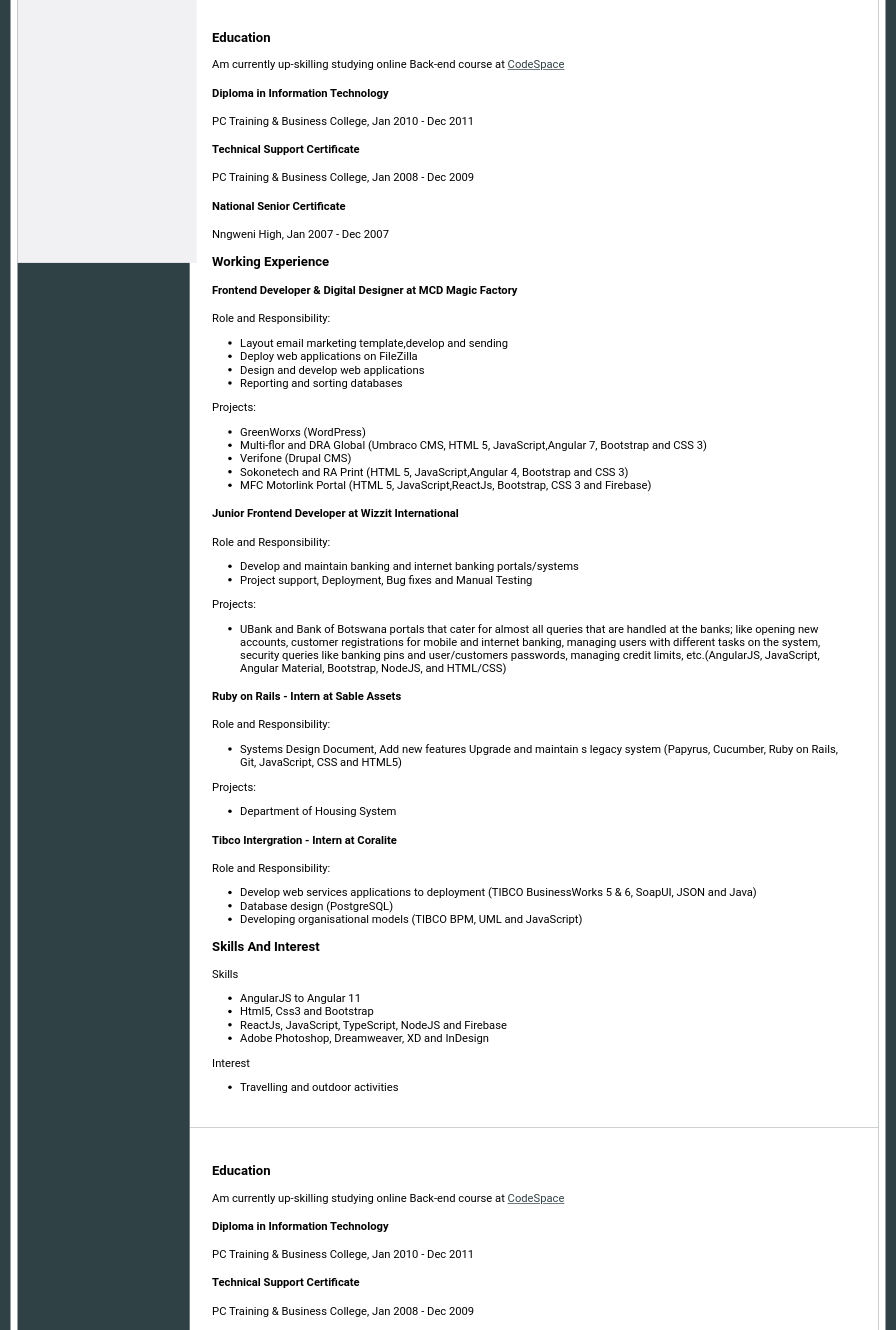
Repository: Patricious/Digital-Resume-01
Page: index.html
An editor plug-in stored every save of this project. The page is shown before and after the next save, followed by the edit.
The browser window is 1280 px wide. The pictures show the part of the page from y = 861 to 2761 px (the page is 4197 px tall before and 3877 px after), at 70% of full size.
A picture or video elsewhere on the page could not be fetched, so the positions and the page height are approximate.

Above is the page before, as saved 2021-08-23 11:01:15.

After the next save:
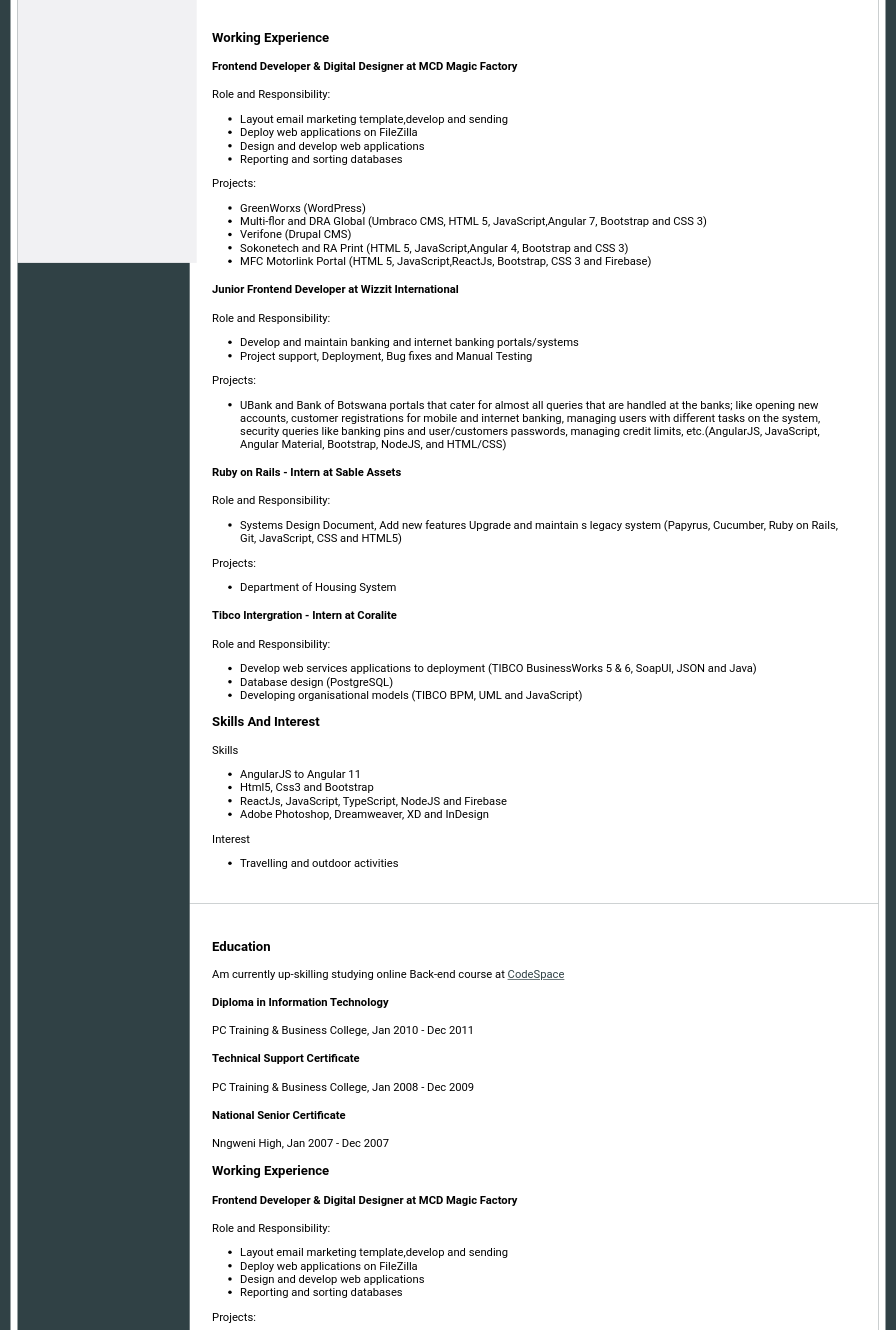
Saved 10 s later.
--- a/index.html
+++ b/index.html
@@ -54,24 +54,7 @@
     </section>
     <section>
         <article>
-            <h3 id="#education"> <span>Education</span>
-            </h3>
-            <p> Am currently up-skilling studying online Back-end course at
-                <a href="https://www.codespace.co.za/courses/?matchtype=b&device=c&keyword=codespace&adgroupid=81088003381&utm_campaign=8148639553&utm_source=google&utm_medium=cpc&gclid=EAIaIQobChMIkP_7q8bG8gIV1uvtCh0w7A1-EAAYASAAEgL34vD_BwE"> CodeSpace</a>
-            </p>
-
-            <h4>Diploma in Information Technology </h4>
-
-            <p>PC Training & Business College, Jan 2010 - Dec 2011</p>
-            <h4>Technical Support Certificate </h4>
-
-
-            <p>PC Training & Business College, Jan 2008 - Dec 2009</p>
-
-            <h4>National Senior Certificate</h4>
-
-
-            <p>Nngweni High, Jan 2007 - Dec 2007</p>
+
 
 
             <h3 id="#experience"> Working Experience</h3>
